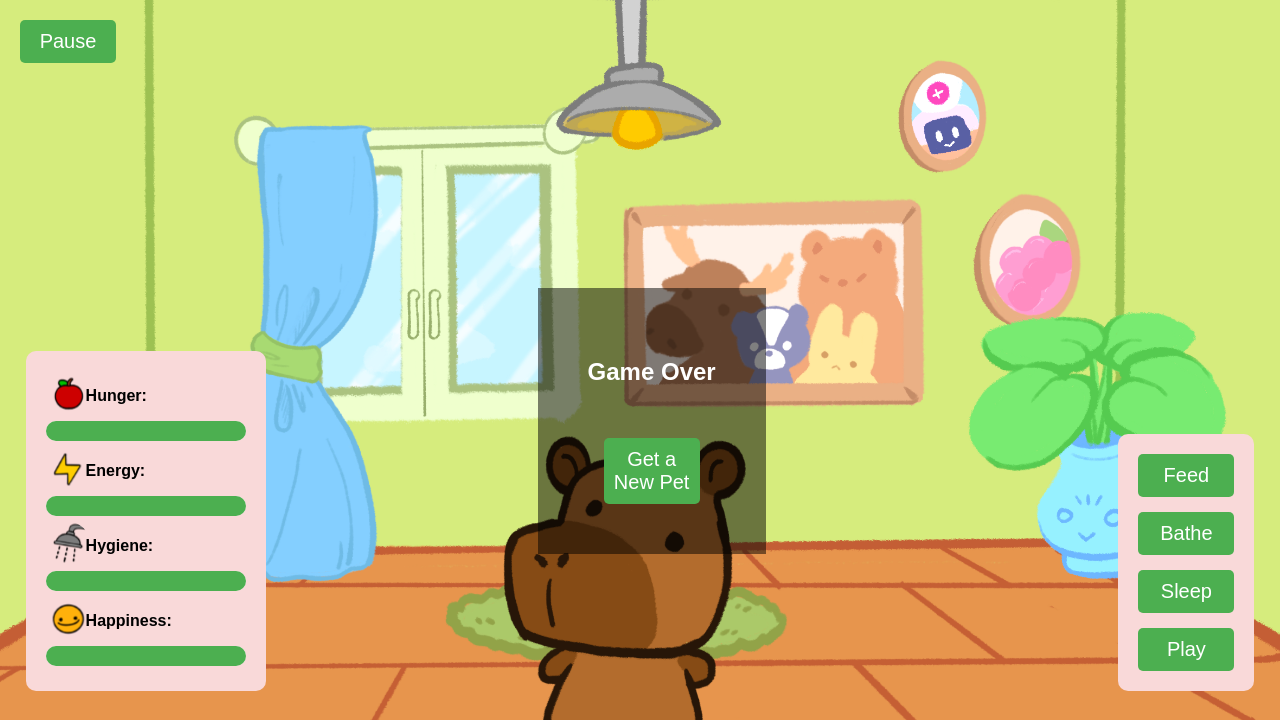
Repository: sarahjx/CapyCare
Page: html/index.html
These files come from the project's save history. The page is drawn as it stood at one moment and after the next save; the edit follows.
The browser window is 1280 px wide. The pictures show the whole page.
Some web fonts or font styles are not loaded; a fallback is used.

Above is the page before, as saved 2025-05-01 14:50:06.
Console error: TypeError: Cannot set properties of null (setting 'innerText')

### html/index.html
<!-- @format -->

<!DOCTYPE html>
<html lang="en">
  <head>
    <meta charset="UTF-8" />
    <meta name="viewport" content="width=device-width, initial-scale=1.0" />
    <title>Virtual Pet Game</title>
    <link rel="preconnect" href="https://fonts.googleapis.com">
    <link rel="preconnect" href="https://fonts.gstatic.com" crossorigin>
    <link href="https://fonts.googleapis.com/css2?family=McLaren&display=swap" rel="stylesheet">
    <link rel="stylesheet" href="../css/statusbar.css" />
  </head>
  <body>

    <div class="pet-container">
      <img class="pet-image" src="../images/capybara.png" alt="capybara" />
    </div>

    <div class="status-bar-container">

      <div class="status-bar">
        <div class="status-icon-container">
        <span class="hunger-icon"><img src="../images/hunger.svg" alt="hunger icon"></span>
        <span class="status-label">Hunger:</span>
        </div>
        <div class="status-progress">
          <div id="hunger-fill" class="status-fill"></div>
        </div>
        <div id="hunger-warning" class="warning"></div>
      </div>

      <div class="status-bar">
        <div class="status-icon-container">
        <span class="energy-icon"><img src="../images/energy.svg" alt="energy icon"></span>
        <span class="status-label">Energy:</span>
        </div>
        <div class="status-progress">
          <div id="energy-fill" class="status-fill"></div>
        </div>
        <div id="energy-warning" class="warning"></div>
      </div>

      <div class="status-bar">
        <div class="status-icon-container">
        <span class="hygiene-icon"><img src="../images/hygiene.svg" alt="hygiene icon"></span>
        <span class="status-label">Hygiene:</span>
        </div>
        <div class="status-progress">
          <div id="hygiene-fill" class="status-fill"></div>
        </div>
        <div id="hygiene-warning" class="warning"></div>
      </div>

      <div class="status-bar">
        <div class="status-icon-container">
        <span class="happiness-icon"><img src="../images/happiness.svg" alt="hygiene icon"></span>
        <span class="status-label">Happiness:</span>
        </div>
        <div class="status-progress">
          <div id="happiness-fill" class="status-fill"></div>
        </div>
        <div id="happiness-warning" class="warning"></div>
      </div>
    </div>

      <div class="action-buttons">
        <button onclick="feedPet(currentPet)">Feed</button>
        <button onclick="bathePet(currentPet)">Bathe</button>
        <button onclick="bedtime(currentPet)">Sleep</button>
        <button onclick="touchPet(currentPet)">Play</button>
      </div>
      <button id="pauseButton" onclick="togglePause()" class="pause-button">
        Pause
      </button>
    </div>

    <div id="gameOverScreen" class="game-over-screen">
      <div class="game-over-content">
        <h2>Game Over</h2>
        <p id="gameOverMessage"></p>
        <button onclick="resetGame()">Get a New Pet</button>
      </div>
    </div>

    <script src="../backend/status.js"></script>
  </body>
</html>

### css/statusbar.css
/** @format */

:root {
  --primary-color: #f9d9d9;
  --secondary-color: #d9e7f9;
  --tertiary-color: #fff1fb;
  --accent-color: #f7efd7;
  --text-color: #333;
  --spacing-xs: 0.5rem;
  --spacing-sm: 0.75rem;
  --spacing-md: 1rem;
  --spacing-lg: 1.5rem;
  --spacing-xl: 2rem;
  --spacing-xxl: 3rem;
  --font-family: "McLaren", sans-serif;
  --font-size-xs: 0.75rem;
  --font-size-sm: 0.875rem;
  --font-size-md: 1rem;
  --font-size-lg: 1.125rem;
  --font-size-xl: 1.25rem;
  --font-size-xxl: 1.5rem;
}

body {
  font-family: var(--font-family);
  margin: 0 auto;
  padding: 20px;
  background-image: url("../images/room.png");
  background-size: cover;
  background-repeat: no-repeat;
  background-attachment: fixed;
  background-position: center;
}

.pet-container {
  display: flex;
  flex-direction: column;
  align-items: center;
  justify-content: center;
}

.pet-image {
  transform: scale(0.3);
  position: fixed;
  margin-top: 1200px;
}

.status-bar-container {
  position: fixed;
  background-color: var(--primary-color);
  padding: 20px;
  border-radius: 10px;
  display: inline-flex;
  flex-direction: column;
  bottom: 4%;
  left: 2%;
}

.status-icon-container {
  display: flex;
  align-items: center;
  margin-bottom: 0;
}

.hunger-icon,
.energy-icon,
.happiness-icon,
.hygiene-icon {
  width: 10px;
  height: auto;
  margin-right: 30px;
}

.status-bar {
  margin: 0;
}

.status-label {
  display: inline-block;
  width: 100px;
  font-weight: bold;
  margin: 0;
}

.status-progress {
  width: 200px;
  height: 20px;
  background-color: #ffffff;
  border-radius: 10px;
  overflow: hidden;
  position: relative;
}

.status-fill {
  height: 100%;
  width: 100%;
  position: absolute;
  left: 0;
  top: 0;
  background-color: #4caf50;
  transition: width 0.3s ease;
}

.status-row {
  display: flex;
  align-items: center;
  gap: 10px;
  margin-bottom: 10px;
}

.status-icon {
  width: 24px;
  height: 24px;
}

.status-value {
  min-width: 50px;
  text-align: right;
  font-weight: bold;
  color: #333;
}

.action-buttons {
  margin-top: 20px;
  display: inline-flex;
  flex-direction: column;
  padding: 20px;
  border-radius: 10px;
  gap: 15px;
  background-color: var(--primary-color);
  position: fixed;
  right: 2%;
  bottom: 4%;
}

button {
  padding: 10px;
  border: none;
  border-radius: 5px;
  background-color: #4caf50;
  color: white;
  cursor: pointer;
  transition: background-color 0.3s;
  width: 6rem;
  font-family: var(--font-family);
  font-weight: 7pt;
  font-size: var(--font-size-xl);
}

button:hover {
  background-color: #45a049;
}

.warning {
  color: #ff9800;
  font-weight: bold;
  margin-top: 5px;
}

.critical {
  color: #f44336;
  font-weight: bold;
  margin-top: 5px;
}

.hidden {
  display: none;
}

.game-over-content {
  /* display: none; */
  position: fixed;
  display: flex;
  flex-direction: column;
  justify-content: center;
  align-items: center;
  left: 42%;
  top: 40%;
  padding: 50px;
  margin: 0;
  background-color: rgba(0, 0, 0, 0.5);
  color: white;

}

### backend/status.js
/** @format */

function Personality(favFood, active, clean, clingy, foodLover, introText) {
  this.favFood = favFood;
  this.active = active;
  this.clean = clean;
  this.clingy = clingy;
  this.foodLover = foodLover;
  this.intro = introText;
}

const mix1 = new Personality(
  "Sunfruit",
  true,
  true,
  true,
  true,
  "This pet is energetic and playful, always ready to explore or play. They love the taste of Sunfruit and will happily eat it when offered, but they'll need constant attention, so expect lots of petting and cuddling. Despite their active nature, they stay clean and are easy to bathe. This pet loves affection and will return it in kind!"
);
const mix2 = new Personality(
  "Snakberry",
  true,
  true,
  false,
  true,
  "This pet is full of energy and loves to make the most of their days. They are particularly fond of Snakberries, which they will devour happily, but they tend to get hungry more often due to their high energy levels. Despite their active nature, they keep themselves clean and are easy to bathe. They're not overly clingy, so while they'll happily spend time with you, they won't be demanding affection constantly."
);
const mix3 = new Personality(
  "Dreamleaf",
  false,
  false,
  true,
  false,
  "This pet is laid-back and enjoys spending time with you, always seeking your company. They love Dreamleaf as a treat, but they're not particularly food-driven and don't get hungry as often. While they may get a little dirty from time to time, they tend to move around when you try to bathe them. Expect them to seek out your attention frequently, and be ready to shower them with love when they come to you for pets."
);

const personalities = [mix1, mix2, mix3];

// Global variables
let currentPet = null;
let hunger = 100;
let energy = 100;
let hygiene = 100;
let happiness = 100;
let isGameOver = false;
let isPaused = false;

// Store interval IDs globally
let hungerInterval = null;
let energyInterval = null;
let hygieneInterval = null;
let happinessInterval = null;

// Initialize the game
function initializeGame() {
  currentPet = getRandomPersonality();
  hunger = 100;
  energy = 100;
  hygiene = 100;
  happiness = 100;
  updateStatusBars();
  updateIntervals();
}

function getRandomPersonality() {
  const randomIndex = Math.floor(Math.random() * personalities.length);
  currentPet = personalities[randomIndex];
  console.log("New pet initialized:", currentPet.intro);
  return currentPet;
}

// Personality-based status decrease functions
function decreaseHunger() {
  if (!currentPet || isGameOver) return;
  const decreaseAmount = currentPet.foodLover ? 15 : 10;
  hunger = Math.max(0, hunger - decreaseAmount);
  updateStatusBars();
  if (hunger === 0 && checkGameOver()) return;
}

function decreaseEnergy() {
  if (!currentPet || isGameOver) return;
  const decreaseAmount = currentPet.active ? 15 : 10;
  energy = Math.max(0, energy - decreaseAmount);
  updateStatusBars();
  if (energy === 0 && checkGameOver()) return;
}

function decreaseHygiene() {
  if (!currentPet || isGameOver) return;
  const decreaseAmount = currentPet.clean ? 8 : 12;
  hygiene = Math.max(0, hygiene - decreaseAmount);
  updateStatusBars();
  if (hygiene === 0 && checkGameOver()) return;
}

function decreaseHappiness() {
  if (!currentPet || isGameOver) return;
  const decreaseAmount = currentPet.clingy ? 15 : 10;
  happiness = Math.max(0, happiness - decreaseAmount);
  updateStatusBars();
  if (happiness === 0 && checkGameOver()) return;
}

// Update intervals with personality-based timing
function updateIntervals() {
  // Clear any existing intervals
  if (hungerInterval) clearInterval(hungerInterval);
  if (energyInterval) clearInterval(energyInterval);
  if (hygieneInterval) clearInterval(hygieneInterval);
  if (happinessInterval) clearInterval(happinessInterval);

  // Set new intervals based on personality
  hungerInterval = setInterval(
    () => {
      decreaseHunger();
      warning();
    },
    currentPet.foodLover ? 6000 : 8000
  );

  energyInterval = setInterval(
    () => {
      decreaseEnergy();
      warning();
    },
    currentPet.active ? 8000 : 12000
  );

  hygieneInterval = setInterval(
    () => {
      decreaseHygiene();
      warning();
    },
    currentPet.clean ? 18000 : 15000
  );

  happinessInterval = setInterval(
    () => {
      decreaseHappiness();
      warning();
    },
    currentPet.clingy ? 8000 : 10000
  );

  console.log("Intervals updated for pet:", currentPet.intro);
}

// Pause game function
function pauseGame() {
  if (hungerInterval) clearInterval(hungerInterval);
  if (energyInterval) clearInterval(energyInterval);
  if (hygieneInterval) clearInterval(hygieneInterval);
  if (happinessInterval) clearInterval(happinessInterval);
  console.log("Game paused");
}

// Resume game function
function resumeGame() {
  updateIntervals();
  console.log("Game resumed");
}

function touchPet(personality) {
  if (personality.clingy) {
    gainStatus("happiness");
    console.log("Your pet loves the attention!");
  } else {
    loseStatus("happiness");
    console.log("Your pet prefers their space.");
  }
}

function feedPet(personality) {
  gainStatus("hunger"); // Always increase hunger
  if (personality.foodLover) {
    gainStatus("happiness");
    console.log("Your pet loves the food!");
  } else {
    loseStatus("happiness");
    console.log("Your pet isn't very interested in food.");
  }
}

function bathePet(personality) {
  gainStatus("hygiene"); // Always increase hygiene
  if (personality.clean) {
    gainStatus("happiness");
    console.log("Your pet enjoys being clean!");
  } else {
    loseStatus("happiness");
    console.log("Your pet doesn't like baths.");
  }
}

function bedtime(personality) {
  const petImage = document.querySelector(".pet-image");
  if (petImage) {
    // Store the current image to return to
    const currentImage = petImage.src;

    // Show sleeping animation
    petImage.src = "../images/Sleep.PNG";

    // After 3 seconds, restore the previous state
    setTimeout(() => {
      updatePetImage();
    }, 3000);
  }

  gainStatus("energy"); // Always increase energy
  if (personality.active) {
    loseStatus("happiness");
    console.log("Your pet is too energetic to sleep!");
  } else {
    gainStatus("happiness");
    console.log("Your pet enjoys resting.");
  }
}

function gainStatus(category) {
  switch (category) {
    case "hunger":
      if (hunger >= 100) {
        console.log("Hunger is full!");
      } else if (hunger < 100) {
        hunger += 10;
        console.log("Hunger: " + hunger);
      }
      break;
    case "energy":
      if (energy >= 100) {
        console.log("Energy is full!");
      } else if (energy < 100) {
        energy += 10;
        console.log("Energy: " + energy);
      }
      break;
    case "hygiene":
      if (hygiene >= 100) {
        console.log("Hygiene is full!");
      } else if (hygiene < 100) {
        hygiene += 10;
        console.log("Hygiene: " + hygiene);
      }
      break;
    case "happiness":
      if (happiness >= 100) {
        console.log("Happiness is full!");
      } else if (happiness < 100) {
        happiness += 10;
        console.log("Happiness: " + happiness);
      }
      break;
    default:
      console.log("Invalid category");
  }
}

function loseStatus(category) {
  switch (category) {
    case "hunger":
      if (hunger <= 0) {
        console.log("Hunger is empty!");
        hunger = 0;
      } else if (hunger > 0) {
        hunger -= 10;
        console.log("Hunger: " + hunger);
      }
      break;
    case "energy":
      if (energy <= 0) {
        console.log("Energy is empty!");
        energy = 0;
      } else if (energy > 0) {
        energy -= 10;
        console.log("Energy: " + energy);
      }
      break;
    case "hygiene":
      if (hygiene <= 0) {
        console.log("Hygiene is empty!");
        hygiene = 0;
      } else if (hygiene > 0) {
        hygiene -= 10;
        console.log("Hygiene: " + hygiene);
      }
      break;
    case "happiness":
      if (happiness <= 0) {
        console.log("Happiness is empty!");
        happiness = 0;
      } else if (happiness > 0) {
        happiness -= 3;
        console.log("Happiness: " + happiness);
      }
      break;
    default:
      console.log("Invalid category");
  }
}

function warning() {
  // Hunger warnings
  if (hunger <= 50 && hunger > 20) {
    document.getElementById("hunger-warning").textContent =
      "Your pet is getting hungry!";
    document.getElementById("hunger-warning").className = "warning";
  } else if (hunger <= 20 && hunger > 0) {
    document.getElementById("hunger-warning").textContent =
      "Your pet is starving!";
    document.getElementById("hunger-warning").className = "critical";
  } else {
    document.getElementById("hunger-warning").textContent = "";
  }

  // Energy warnings
  if (energy <= 50 && energy > 20) {
    document.getElementById("energy-warning").textContent =
      "Your pet is getting tired!";
    document.getElementById("energy-warning").className = "warning";
  } else if (energy <= 20 && energy > 0) {
    document.getElementById("energy-warning").textContent =
      "Your pet is exhausted!";
    document.getElementById("energy-warning").className = "critical";
  } else {
    document.getElementById("energy-warning").textContent = "";
  }

  // Hygiene warnings
  if (hygiene <= 50 && hygiene > 20) {
    document.getElementById("hygiene-warning").textContent =
      "Your pet needs a bath!";
    document.getElementById("hygiene-warning").className = "warning";
  } else if (hygiene <= 20 && hygiene > 0) {
    document.getElementById("hygiene-warning").textContent =
      "Your pet is filthy!";
    document.getElementById("hygiene-warning").className = "critical";
  } else {
    document.getElementById("hygiene-warning").textContent = "";
  }

  // Happiness warnings
  if (happiness <= 50 && happiness > 20) {
    document.getElementById("happiness-warning").textContent =
      "Your pet is getting sad!";
    document.getElementById("happiness-warning").className = "warning";
  } else if (happiness <= 20 && happiness > 0) {
    document.getElementById("happiness-warning").textContent =
      "Your pet is depressed!";
    document.getElementById("happiness-warning").className = "critical";
  } else {
    document.getElementById("happiness-warning").textContent = "";
  }
}

function checkGameOver() {
  if (hunger <= 0 || energy <= 0 || hygiene <= 0 || happiness <= 0) {
    isGameOver = true;
    pauseGame();
    showGameOver();
    return true;
  }
  return false;
}

function showGameOver() {
  let reason = "";
  if (hunger <= 0) reason = "Your pet starved to death!";
  else if (energy <= 0) reason = "Your pet died from exhaustion!";
  else if (hygiene <= 0) reason = "Your pet died from poor hygiene!";
  else if (happiness <= 0) reason = "Your pet died from sadness!";

  console.log("GAME OVER: " + reason);
  document.getElementById("gameOverMessage").textContent = reason;
  document.getElementById("gameOverScreen").style.display = "flex";
}

function resetGame() {
  isGameOver = false;
  hunger = 100;
  energy = 100;
  hygiene = 100;
  happiness = 100;
  document.getElementById("gameOverScreen").style.display = "none";
  currentPet = getRandomPersonality();
  updateStatusBars();
  updateIntervals();
}

function togglePause() {
  isPaused = !isPaused;
  const pauseButton = document.getElementById("pauseButton");
  const buttons = document.querySelectorAll(
    ".buttons button:not(#pauseButton)"
  );

  if (isPaused) {
    pauseButton.textContent = "Resume";
    pauseButton.classList.add("paused");
    buttons.forEach((button) => (button.disabled = true));
    pauseGame();
  } else {
    pauseButton.textContent = "Pause";
    pauseButton.classList.remove("paused");
    buttons.forEach((button) => (button.disabled = false));
    resumeGame();
  }
}

// Update status bars
function updateStatusBars() {
  // Update the width of each status bar
  document.getElementById("hunger-fill").style.width = hunger + "%";
  document.getElementById("energy-fill").style.width = energy + "%";
  document.getElementById("happiness-fill").style.width = happiness + "%";
  document.getElementById("hygiene-fill").style.width = hygiene + "%";

  // Update pet image based on status
  updatePetImage();
}

// Override console.log to update UI
const originalConsoleLog = console.log;
console.log = function () {
  originalConsoleLog.apply(console, arguments);
  updateStatusBars();
};

// Simple toggle function
function toggleActions() {
  document.getElementById("action-buttons-column").classList.toggle("hidden");
  document.getElementById("toggle-button").classList.toggle("hidden");
}

// Initialize the game when the page loads
window.addEventListener("load", function () {
  initializeGame();
  // Update status bars every second
  setInterval(updateStatusBars, 1000);
});

// stopwatch

let [hours, minutes, seconds] = [0, 0, 0];
let timer = null;

function updateDisplay() {
  document.getElementById("display").innerText =
    `${String(hours).padStart(2, "0")}:` +
    `${String(minutes).padStart(2, "0")}:` +
    `${String(seconds).padStart(2, "0")}`;
}

function stopwatch() {
  seconds++;
  if (seconds === 60) {
    seconds = 0;
    minutes++;
    if (minutes === 60) {
      minutes = 0;
      hours++;
    }
  }
  updateDisplay();
}

function start() {
  if (timer !== null) return;
  timer = setInterval(stopwatch, 1000);
}

function stop() {
  clearInterval(timer);
  timer = null;
}

function reset() {
  stop();
  [hours, minutes, seconds] = [0, 0, 0];
  updateDisplay();
}

updateDisplay();

function updatePetImage() {
  const petImage = document.querySelector(".pet-image");
  if (!petImage) return;

  // Check if any status is 0 (dead)
  if (hunger <= 0 || energy <= 0 || hygiene <= 0 || happiness <= 0) {
    petImage.src = "../images/Fuckingdead.PNG";
    return;
  }

  // Check for multiple states
  if (hunger <= 60 && hygiene <= 60 && energy <= 60) {
    petImage.src = "../images/Dirty:Hungry:Tired.PNG";
  } else if (hunger <= 60 && hygiene <= 60) {
    petImage.src = "../images/Dirty:hungry.PNG";
  } else if (hunger <= 60 && energy <= 60) {
    petImage.src = "../images/Hungry:Tired.PNG";
  } else if (hygiene <= 60 && energy <= 60) {
    petImage.src = "../images/Dirty:Tired.PNG";
  } else if (energy <= 60) {
    petImage.src = "../images/Sleepy.PNG";
  } else if (hunger <= 60) {
    petImage.src = "../images/Hungry.PNG";
  } else if (hygiene <= 60) {
    petImage.src = "../images/Dirty.PNG";
  } else {
    petImage.src = "../images/Idle.PNG";
  }
}

After the next save:
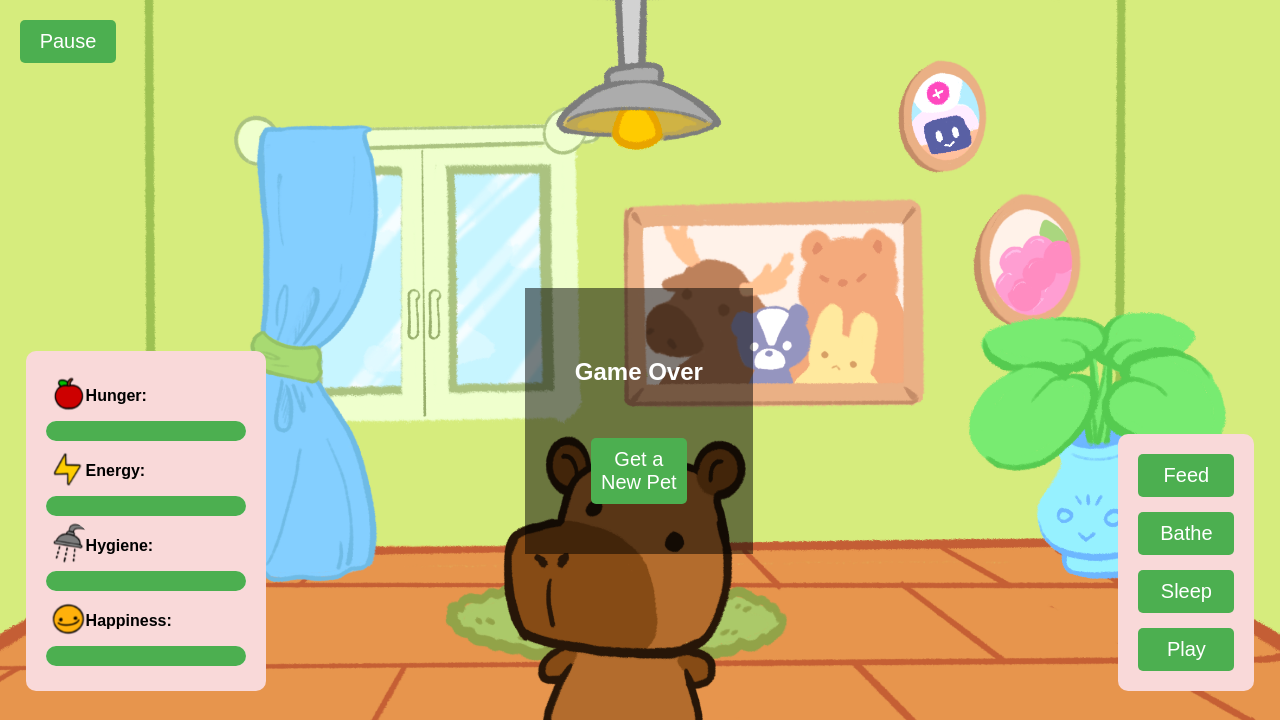
Saved 6 s later.
--- a/css/statusbar.css
+++ b/css/statusbar.css
@@ -174,7 +174,7 @@ button:hover {
   flex-direction: column;
   justify-content: center;
   align-items: center;
-  left: 42%;
+  left: 41%;
   top: 40%;
   padding: 50px;
   margin: 0;
